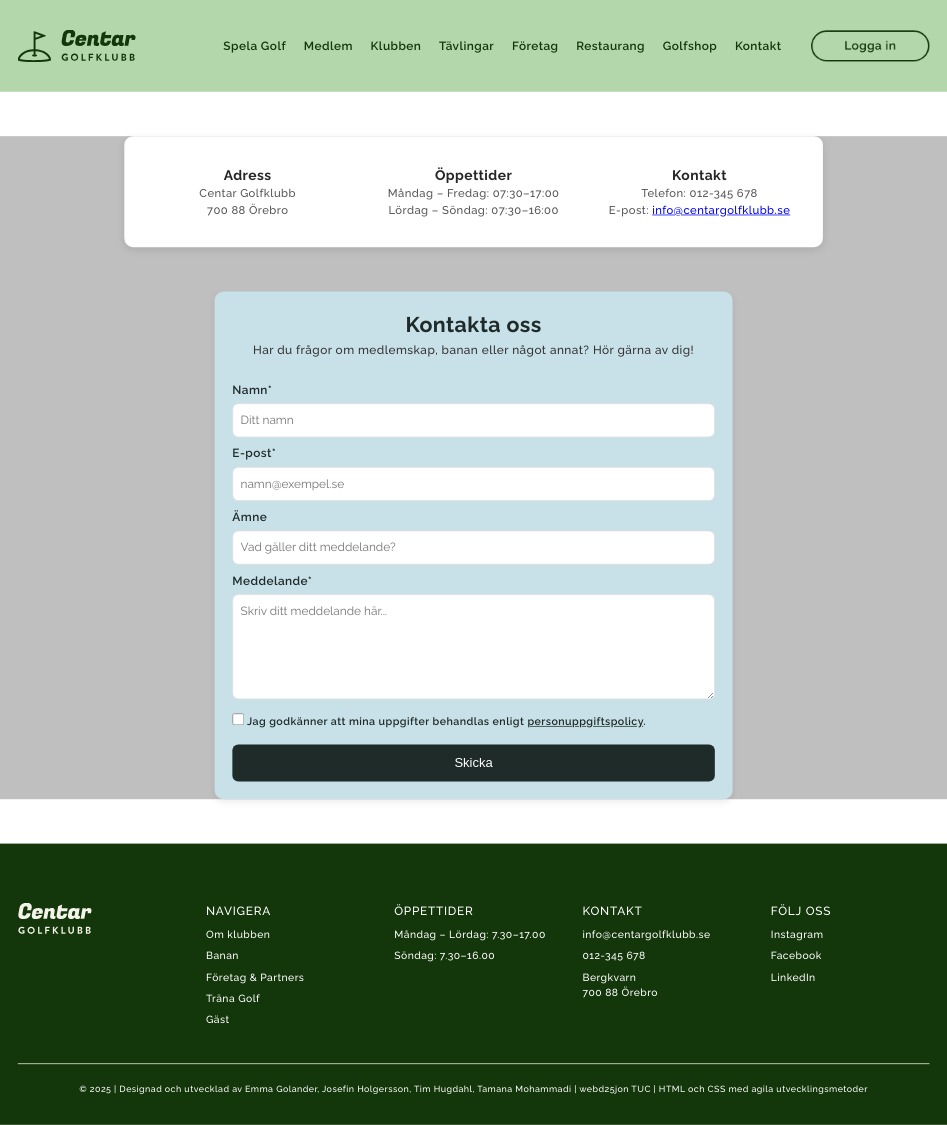
Repository: Tamana831/GolfklubbCentar
Page: kontakt.html
An editor plug-in stored every save of this project. The page is shown before and after the next save, followed by the edit.
The browser window is 1280 px wide. The pictures show the whole page, at 74% of full size.

Above is the page before, as saved 2025-10-21 21:52:58.

After the next save:
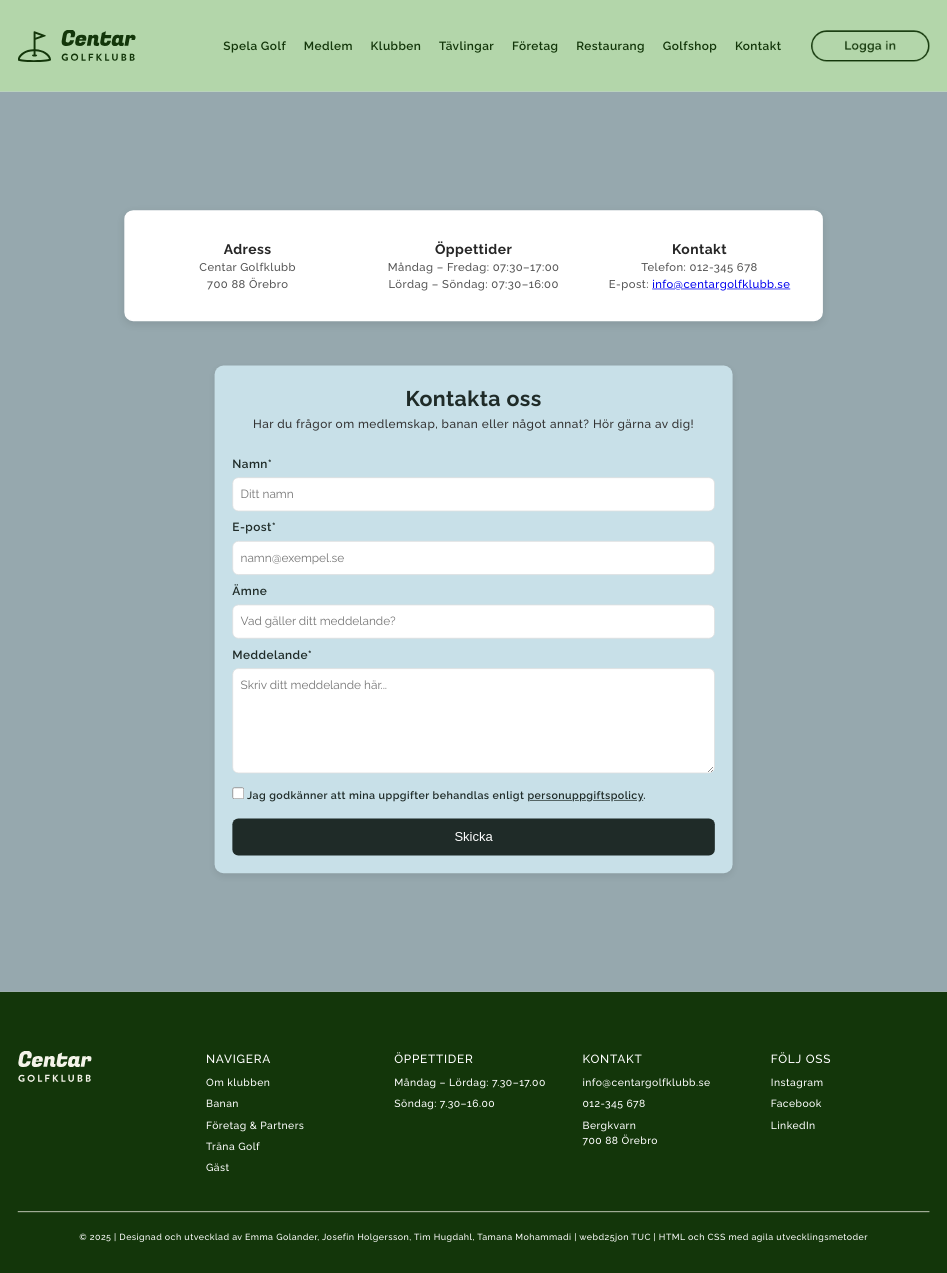
Saved 4 s later.
--- a/styles/kontakt.css
+++ b/styles/kontakt.css
@@ -1,6 +1,6 @@
 /* --- BAKGRUNDSSEKTION (HELA KONTAKTDELEN) --- */
 .contact-section {
-  background-color: ;#C8E0E8
+  background-color: #C8E0E8;
   padding: 100px;
   position: relative;
 }
